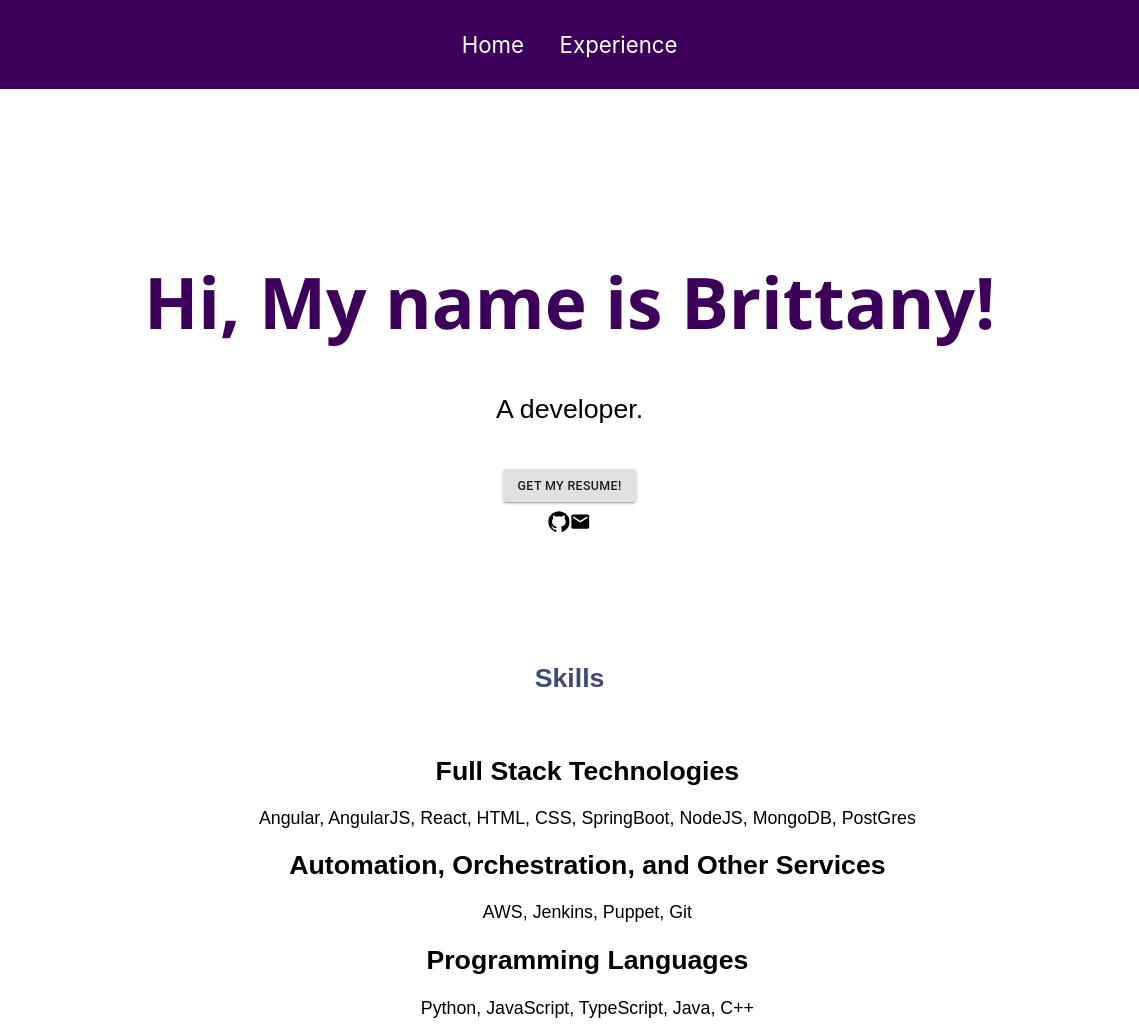
Repository: chiubacca94/chiufolio
Page: /
An editor plug-in stored every save of this project. The page is shown before and after the next save, followed by the edit.
The browser window is 1280 px wide. The pictures show the whole page, at 89% of full size.
The project was rebuilt for these pictures with package versions that can differ from the ones it lists, and the page was loaded fresh each time. Also part of the build but not shown: src/components/Projects/Projects.js, src/components/Experiences/Experiences.css, src/components/Experiences/Experiences.js.

Above is the page before, as saved 2022-07-04 21:14:55.

After the next save:
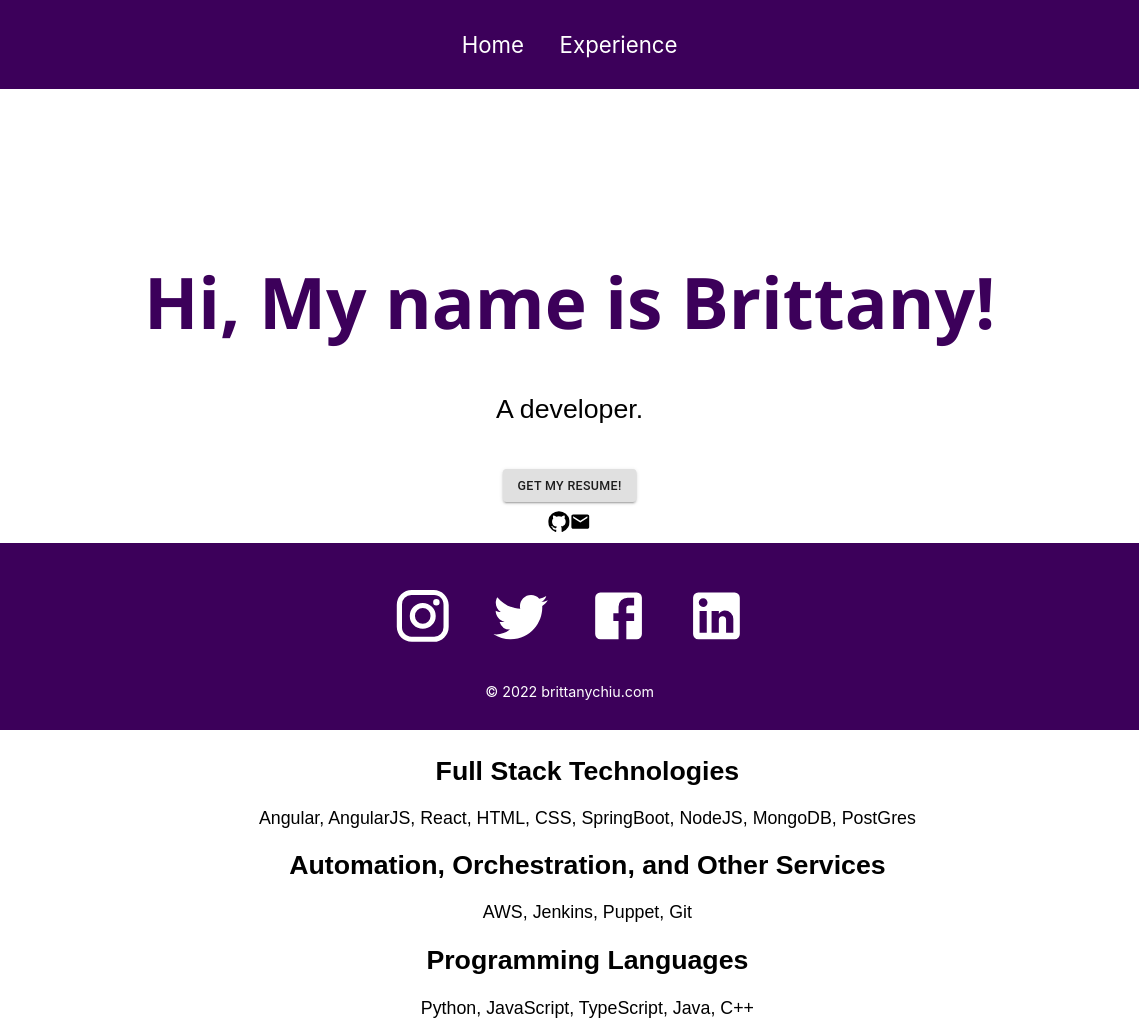
Saved 8 s later.
--- a/src/components/Footer/Footer.css
+++ b/src/components/Footer/Footer.css
@@ -9,7 +9,7 @@
     padding-top: 10px;
     margin-top: 200px;
     position: fixed;
-    /* bottom: -200px; */
+    bottom: -100px;
   }
 
   .socialMedia svg {
